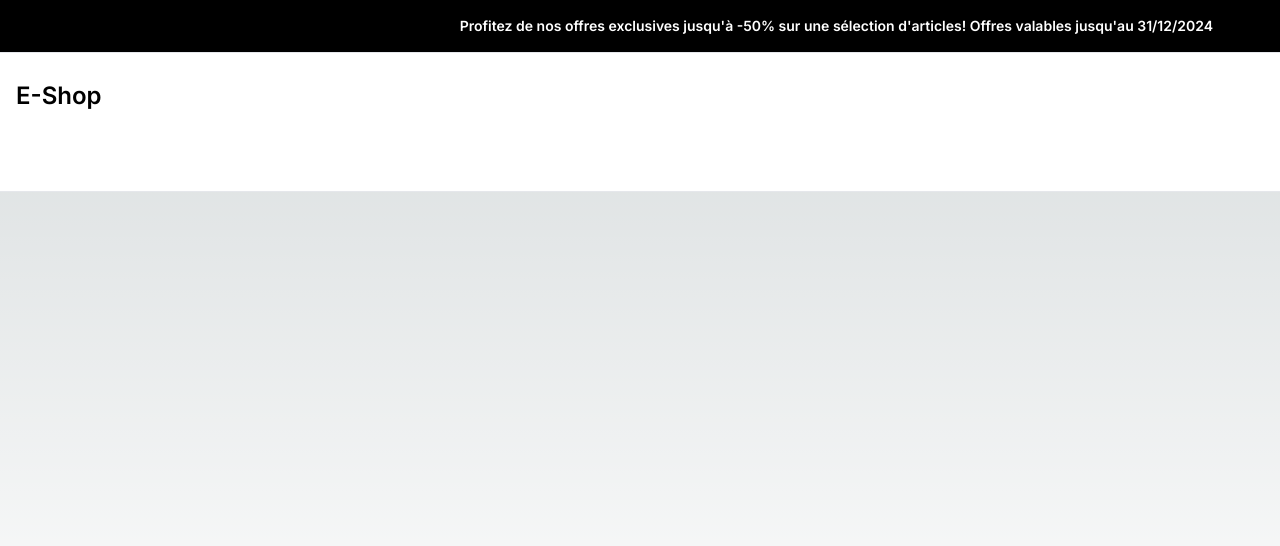
Repository: SDlevelUp/e-shop
Page: /
These files come from the project's save history. The page is drawn as it stood at one moment and after a run of saves; the edit follows.
The browser window is 1280 px wide. The pictures show the whole page.
The project was rebuilt for these pictures with package versions that can differ from the ones it lists, and the page was loaded fresh each time. The framework's server and built-in components were replaced by stand-ins that run in the browser. Also part of the build but not shown: next.config.js.

Above is the page before, as saved 2023-08-29 09:26:15.

### src/app/layout.js
import './globals.css'
import { Inter } from 'next/font/google';
import Navbar from '@/components/Navbar/Navbar';
import GlobalState from '@/context';
const inter = Inter({ subsets: ['latin'] })

export const metadata = {
  title: 'E-Shop, votre boutique en ligne',
  description: 'Generated by create next app',
};

export default function RootLayout({ children }) {
  return (
    <html lang="en">
      <head>
        <meta charSet="UTF-8" />
        <meta name="viewport" content="width=device-width, initial-scale=1.0" />
        <title>{metadata.title}</title>
        <meta name="description" content={metadata.description} />
      </head>
      <body className={inter.className}>
        <GlobalState>
          <Navbar />
          <main>{children}</main>
        </GlobalState>
      </body>
    </html>
  )
}

### src/app/page.js
import React from 'react';

function Home() {
  return (
    <main className="flex min-h-screen flex-col items-center justify-between p-24">
      <div>

      </div>
    </main>
  );
}

export default Home;

### src/app/globals.css
@tailwind base;
@tailwind components;
@tailwind utilities;

:root {
  --foreground-rgb: 0, 0, 0;
  --background-start-rgb: 214, 219, 220;
  --background-end-rgb: 255, 255, 255;
}

@media (prefers-color-scheme: dark) {
  :root {
    --foreground-rgb: 255, 255, 255;
    --background-start-rgb: 0, 0, 0;
    --background-end-rgb: 0, 0, 0;
  }
}

body {
  color: rgb(var(--foreground-rgb));
  background: linear-gradient(to bottom,
      transparent,
      rgb(var(--background-end-rgb))) rgb(var(--background-start-rgb));
}

.animation {
  animation: defilement-rtl 15s infinite linear;
}

@keyframes defilement-rtl {
  0% {
    transform: translate3d(0, 0, 0);
  }

  100% {
    transform: translate3d(-100%, 0, 0);
  }
}

### src/components/Navbar/Navbar.jsx
"use client";

export default function Navbar() {
    return (
        <>
            <div className="bg-white fixed z-40 w-full top-0 left-0 border-b border-gray-200 h-48">
                <header className="bg-black z-50 w-full top-0 left-0 border-b border-gray-200 fixed">
                    <div className="max-w-screen-xl flex flex-wrap items-center justify-center mx-auto p-4">
                        <div className="flex items-center cursor-pointer">
                            <span className="text-white text-sm font-semibold whitespace-nowrap animation inline-block pl-[100%] pr-[2em]">
                                Profitez de nos offres exclusives jusqu'à -50% sur une sélection d'articles! Offres valables jusqu'au 31/12/2024
                            </span>
                        </div>
                    </div>
                </header>

                <nav className="max-w-screen-xl flex items-center justify-between mx-auto p-4 mt-16" >
                    <div className="flex items-center cursor-pointer">
                        <span className="self-center text-2xl font-semibold whitespace-nowrap">
                            E-Shop
                        </span>
                    </div>
                    {/* Supprimez la div vide */}
                </nav>
            </div>
        </>
    );
}

### src/context/index.js
"use client";

import { createContext } from 'react';

export const GlobalContext = createContext(null);

export default function GlobalState({ children }) {
    return (
        <GlobalContext.Provider value={{}}>{children}</GlobalContext.Provider>
    )
}

Loaded but not shown: tailwind.config.js (common file)

After the next 4 saves:
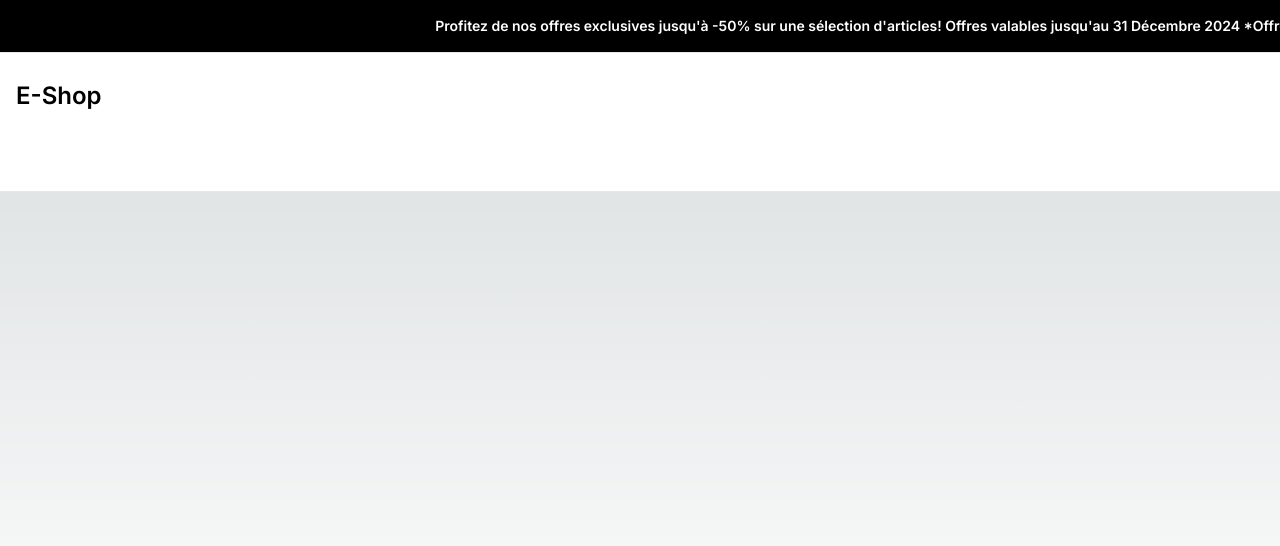
The 4 saves are shown as one change because they came seconds apart.
The last was saved 14 s later.
--- a/src/components/Navbar/Navbar.jsx
+++ b/src/components/Navbar/Navbar.jsx
@@ -8,7 +8,7 @@ export default function Navbar() {
                     <div className="max-w-screen-xl flex flex-wrap items-center justify-center mx-auto p-4">
                         <div className="flex items-center cursor-pointer">
                             <span className="text-white text-sm font-semibold whitespace-nowrap animation inline-block pl-[100%] pr-[2em]">
-                                Profitez de nos offres exclusives jusqu'à -50% sur une sélection d'articles! Offres valables jusqu'au 31/12/2024
+                                Profitez de nos offres exclusives jusqu'à -50% sur une sélection d'articles! Offres valables jusqu'au 31 Décembre 2024 *Offres
                             </span>
                         </div>
                     </div>
